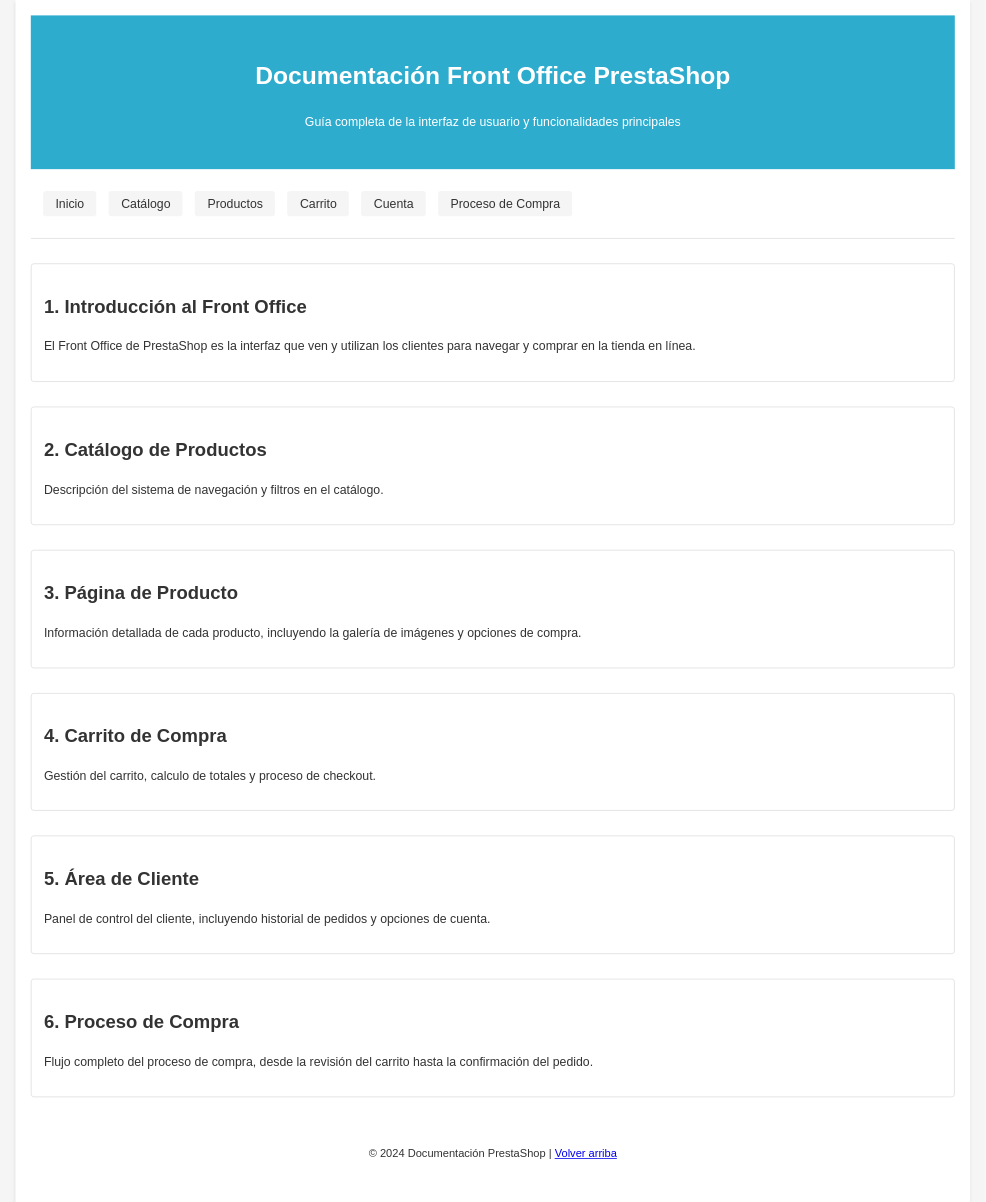
Repository: mag00s/documentacion-prestashop
Page: index.html
An editor plug-in stored every save of this project. The page is shown before and after the next save, followed by the edit.
The browser window is 1280 px wide. The pictures show the whole page, at 77% of full size.

Above is the page before, as saved 2024-11-11 19:43:46.

### index.html
<!DOCTYPE html>
<html lang="es">
<head>
    <meta charset="UTF-8">
    <meta name="viewport" content="width=device-width, initial-scale=1.0">
    <title>Documentación Front Office PrestaShop</title>
    <!-- Enlace al archivo de estilos CSS -->
    <link rel="stylesheet" href="styles.css">
</head>
<body>
    <!-- Contenedor principal -->
    <div class="container">
        <!-- Cabecera de la página -->
        <header class="header" id="top">
            <h1>Documentación Front Office PrestaShop</h1>
            <p>Guía completa de la interfaz de usuario y funcionalidades principales</p>
        </header>

        <!-- Barra de navegación para las secciones -->
        <nav class="navigation">
            <ul class="nav-list">
                <li class="nav-item"><a href="#introduccion">Inicio</a></li>
                <li class="nav-item"><a href="#catalogo">Catálogo</a></li>
                <li class="nav-item"><a href="#producto">Productos</a></li>
                <li class="nav-item"><a href="#carrito">Carrito</a></li>
                <li class="nav-item"><a href="#cuenta">Cuenta</a></li>
                <li class="nav-item"><a href="#proceso-compra">Proceso de Compra</a></li>
            </ul>
        </nav>

        <!-- Sección principal de la página -->
        <main>
            <!-- Sección de introducción -->
            <section class="section" id="introduccion">
                <h2>1. Introducción al Front Office</h2>
                <p>El Front Office de PrestaShop es la interfaz que ven y utilizan los clientes para navegar y comprar en la tienda en línea.</p>
            </section>

            <!-- Sección de catálogo de productos -->
            <section class="section" id="catalogo">
                <h2>2. Catálogo de Productos</h2>
                <p>Descripción del sistema de navegación y filtros en el catálogo.</p>
            </section>

            <!-- Sección de producto individual -->
            <section class="section" id="producto">
                <h2>3. Página de Producto</h2>
                <p>Información detallada de cada producto, incluyendo la galería de imágenes y opciones de compra.</p>
            </section>

            <!-- Sección del carrito de compra -->
            <section class="section" id="carrito">
                <h2>4. Carrito de Compra</h2>
                <p>Gestión del carrito, calculo de totales y proceso de checkout.</p>
            </section>

            <!-- Sección del área de cliente -->
            <section class="section" id="cuenta">
                <h2>5. Área de Cliente</h2>
                <p>Panel de control del cliente, incluyendo historial de pedidos y opciones de cuenta.</p>
            </section>

            <!-- Sección del proceso de compra -->
            <section class="section" id="proceso-compra">
                <h2>6. Proceso de Compra</h2>
                <p>Flujo completo del proceso de compra, desde la revisión del carrito hasta la confirmación del pedido.</p>
            </section>
        </main>

        <!-- Pie de página con enlace de volver arriba -->
        <footer>
            <p>&copy; 2024 Documentación PrestaShop | <a href="#top">Volver arriba</a></p>
        </footer>
    </div>
</body>
</html>

### styles.css
/* Colores principales de la página */
:root {
    --primary-color: #2eacce;
    --secondary-color: #f5f5f5;
    --text-color: #333;
    --border-color: #ddd;
}

/* Estilo para el cuerpo de la página */
body {
    font-family: Arial, sans-serif;
    line-height: 1.6;
    margin: 0;
    padding: 0;
    color: var(--text-color);
    background-color: var(--secondary-color);
}

/* Contenedor principal */
.container {
    max-width: 1200px;
    margin: 0 auto;
    background-color: white;
    padding: 20px;
    box-shadow: 0 2px 4px rgba(0,0,0,0.1);
}

/* Cabecera */
.header {
    background-color: var(--primary-color);
    color: white;
    padding: 2rem;
    text-align: center;
}

/* Barra de navegación */
.navigation {
    position: sticky;
    top: 0;
    background: white;
    padding: 1rem;
    border-bottom: 1px solid var(--border-color);
    z-index: 100;
}

.nav-list {
    list-style: none;
    padding: 0;
    display: flex;
    gap: 1rem;
    flex-wrap: wrap;
}

.nav-item a {
    text-decoration: none;
    color: var(--text-color);
    cursor: pointer;
    padding: 0.5rem 1rem;
    background: var(--secondary-color);
    border-radius: 4px;
}

.nav-item a:hover {
    background: var(--primary-color);
    color: white;
}

/* Secciones de contenido */
.section {
    margin: 2rem 0;
    padding: 1rem;
    border: 1px solid var(--border-color);
    border-radius: 4px;
}

/* Pie de página */
footer {
    text-align: center;
    padding: 1rem;
    font-size: 0.9rem;
}

After the next save:
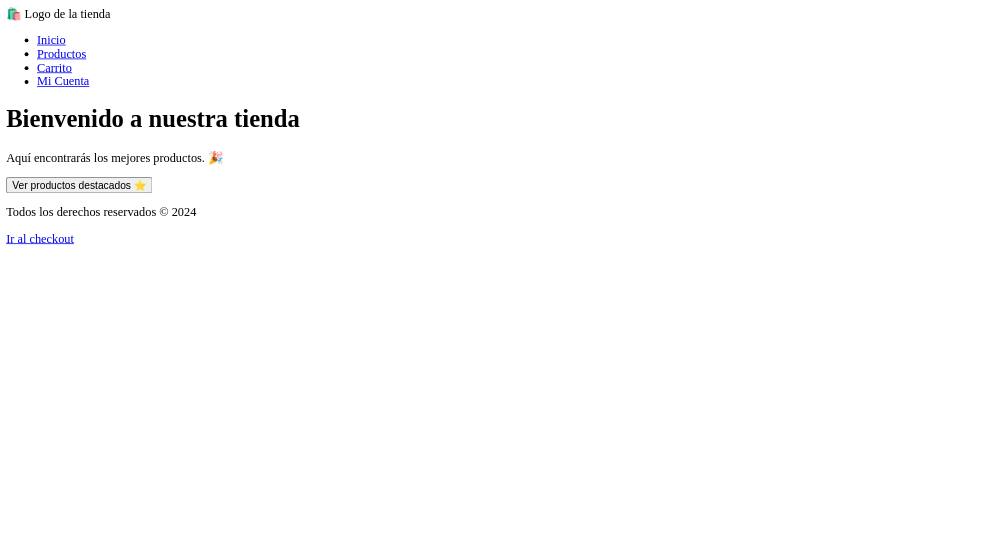
Saved 43 h 42 min later.
--- a/index.html
+++ b/index.html
@@ -3,74 +3,36 @@
 <head>
     <meta charset="UTF-8">
     <meta name="viewport" content="width=device-width, initial-scale=1.0">
-    <title>Documentación Front Office PrestaShop</title>
-    <!-- Enlace al archivo de estilos CSS -->
-    <link rel="stylesheet" href="styles.css">
+    <title>Página de Inicio - PrestaShop</title>
+    <!-- Aquí incluimos el favicon de la página para mejorar la experiencia de usuario -->
+    <link rel="icon" href="favicon.ico" type="image/x-icon">
 </head>
 <body>
-    <!-- Contenedor principal -->
-    <div class="container">
-        <!-- Cabecera de la página -->
-        <header class="header" id="top">
-            <h1>Documentación Front Office PrestaShop</h1>
-            <p>Guía completa de la interfaz de usuario y funcionalidades principales</p>
-        </header>
-
-        <!-- Barra de navegación para las secciones -->
-        <nav class="navigation">
-            <ul class="nav-list">
-                <li class="nav-item"><a href="#introduccion">Inicio</a></li>
-                <li class="nav-item"><a href="#catalogo">Catálogo</a></li>
-                <li class="nav-item"><a href="#producto">Productos</a></li>
-                <li class="nav-item"><a href="#carrito">Carrito</a></li>
-                <li class="nav-item"><a href="#cuenta">Cuenta</a></li>
-                <li class="nav-item"><a href="#proceso-compra">Proceso de Compra</a></li>
+    <!-- Encabezado de la página con el logo y el menú de navegación -->
+    <header>
+        <div class="logo">🛍️ Logo de la tienda</div>
+        <nav>
+            <ul>
+                <li><a href="index.html">Inicio</a></li>
+                <li><a href="producto.html">Productos</a></li>
+                <li><a href="carrito.html">Carrito</a></li>
+                <li><a href="perfil_usuario.html">Mi Cuenta</a></li>
             </ul>
         </nav>
+    </header>
 
-        <!-- Sección principal de la página -->
-        <main>
-            <!-- Sección de introducción -->
-            <section class="section" id="introduccion">
-                <h2>1. Introducción al Front Office</h2>
-                <p>El Front Office de PrestaShop es la interfaz que ven y utilizan los clientes para navegar y comprar en la tienda en línea.</p>
-            </section>
+    <!-- Sección principal de bienvenida -->
+    <main>
+        <h1>Bienvenido a nuestra tienda</h1>
+        <p>Aquí encontrarás los mejores productos. 🎉</p>
+        <!-- Botón para ver productos destacados -->
+        <button onclick="window.location.href='producto.html'">Ver productos destacados ⭐</button>
+    </main>
 
-            <!-- Sección de catálogo de productos -->
-            <section class="section" id="catalogo">
-                <h2>2. Catálogo de Productos</h2>
-                <p>Descripción del sistema de navegación y filtros en el catálogo.</p>
-            </section>
-
-            <!-- Sección de producto individual -->
-            <section class="section" id="producto">
-                <h2>3. Página de Producto</h2>
-                <p>Información detallada de cada producto, incluyendo la galería de imágenes y opciones de compra.</p>
-            </section>
-
-            <!-- Sección del carrito de compra -->
-            <section class="section" id="carrito">
-                <h2>4. Carrito de Compra</h2>
-                <p>Gestión del carrito, calculo de totales y proceso de checkout.</p>
-            </section>
-
-            <!-- Sección del área de cliente -->
-            <section class="section" id="cuenta">
-                <h2>5. Área de Cliente</h2>
-                <p>Panel de control del cliente, incluyendo historial de pedidos y opciones de cuenta.</p>
-            </section>
-
-            <!-- Sección del proceso de compra -->
-            <section class="section" id="proceso-compra">
-                <h2>6. Proceso de Compra</h2>
-                <p>Flujo completo del proceso de compra, desde la revisión del carrito hasta la confirmación del pedido.</p>
-            </section>
-        </main>
-
-        <!-- Pie de página con enlace de volver arriba -->
-        <footer>
-            <p>&copy; 2024 Documentación PrestaShop | <a href="#top">Volver arriba</a></p>
-        </footer>
-    </div>
+    <!-- Pie de página -->
+    <footer>
+        <p>Todos los derechos reservados © 2024</p>
+        <p><a href="checkout.html">Ir al checkout</a></p>
+    </footer>
 </body>
 </html>
